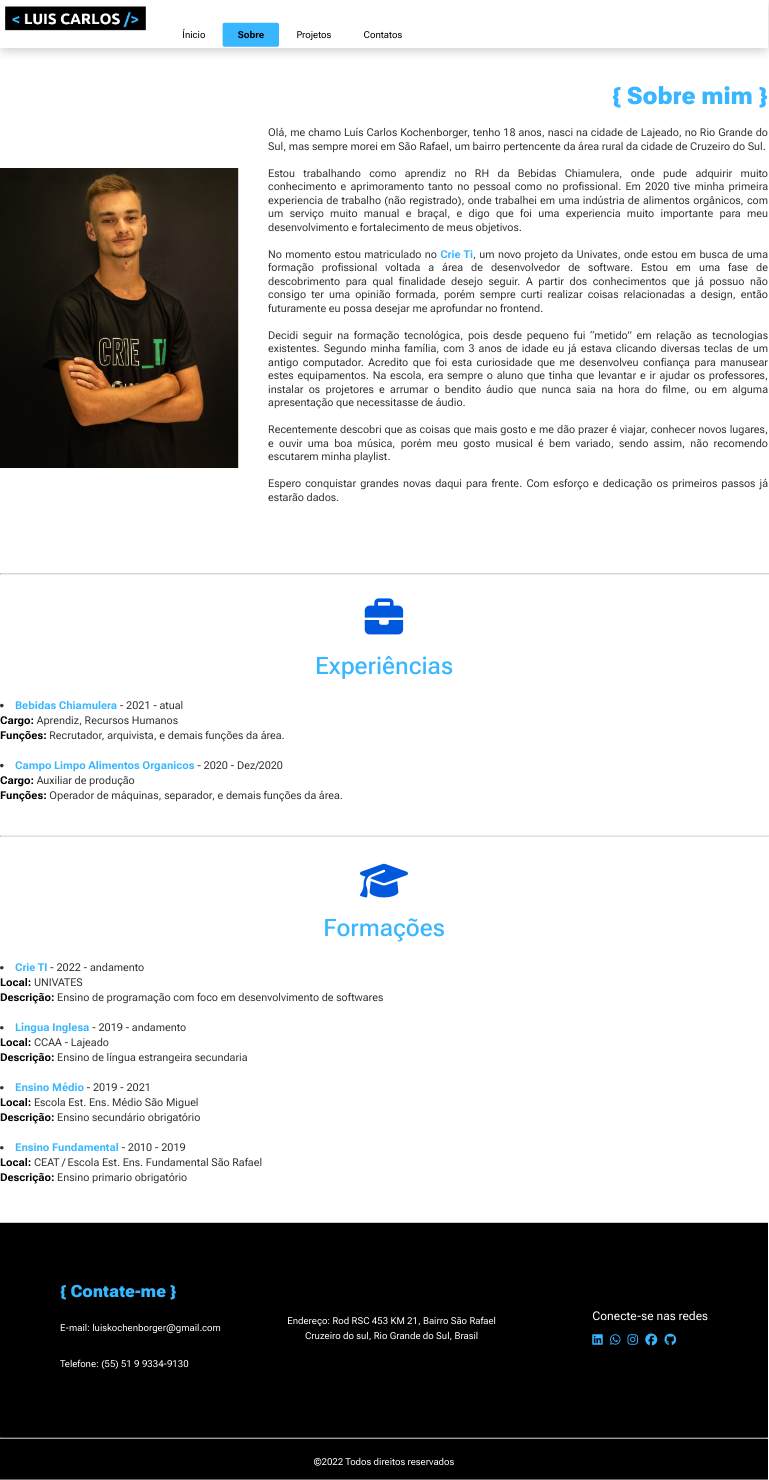
Repository: Iluiscarlos/SitePortifolio
Page: about.html
These files come from the project's save history. The page is drawn as it stood at one moment and after the next save; the edit follows.
The browser window is 1280 px wide. The page is 1282 px wide, then 1280 px, so the pictures cover 1282 px, including what lies to the right of the window. The pictures show the whole page, at 60% of full size.
Some web libraries are served in a nearby version.

Above is the page before, as saved 2022-05-25 17:03:24.

### about.html
<!DOCTYPE html>
<html lang="pt-BR">

<head>
    <meta charset="UTF-8">
    <meta name="viewport" content="width=device-width, initial-scale=1.0">
    <meta http-equiv="X-UA-Compatible" content="ie=edge">
    <title>Luís Carlos</title>
    <link rel="stylesheet" href="Styles/base/reset.css">
    <link rel="stylesheet" href="Styles/base/variables.css">
    <link rel="stylesheet" href="Styles/base/base.css">
    <link rel="stylesheet" href="Styles/layout/header.css">
    <link rel="stylesheet" href="Styles/layout/about.css">
    <link rel="stylesheet" href="Styles/layout/footer.css">
    <link rel="stylesheet" href="Styles/components/icon.css">
    <script src="https://kit.fontawesome.com/2c48374459.js" crossorigin="anonymous"></script>
    <link rel="preconnect" href="https://fonts.googleapis.com">
    <link rel="preconnect" href="https://fonts.gstatic.com" crossorigin>
    <link
        href="https://fonts.googleapis.com/css2?family=Roboto+Flex:opsz,wght@8..144,100;8..144,200;8..144,300;8..144,400;8..144,500;8..144,600;8..144,700;8..144,800;8..144,900&display=swap"
        rel="stylesheet">
</head>

<body>
    <header class="header">
        <img src="icons/logo.png" class="header__logo">
        <nav class="menu__item">
            <a href="index.html" class="menu__item">Ínicio</a>
            <a href="about.html" target="_self" class=" menu__item menu__item--active">Sobre</a>
            <a href="projects.html" class="menu__item">Projetos</a>
            <a href="contacts.html" class="menu__item">Contatos</a>
        </nav>
    </header>
    <section class="about">
        <img src="photos/About.jpg" alt="Luís Carlos, CrieTI" class="about__photo">
        <main class="container">
            <div>
                <h1 class="about__tittle">{ Sobre mim }</h1>
                <div class="about__content">
                    <p>Olá, me chamo Luís Carlos Kochenborger, tenho 18 anos, nasci na cidade de Lajeado, no Rio Grande
                        do
                        Sul, mas sempre morei em São Rafael, um bairro pertencente da área rural da cidade de Cruzeiro
                        do
                        Sul.</p><br>
                    <p>Estou trabalhando como aprendiz no RH da Bebidas Chiamulera, onde pude adquirir muito
                        conhecimento e
                        aprimoramento tanto no pessoal como no profissional. Em 2020 tive minha primeira experiencia de
                        trabalho (não registrado), onde trabalhei em uma indústria de alimentos orgânicos, com um
                        serviço
                        muito manual e braçal, e digo que foi uma experiencia muito importante para meu desenvolvimento
                        e
                        fortalecimento de meus objetivos.</p><br>
                    <p>No momento estou matriculado no <a href="https://www.univates.br/crieti" target="_blank"><b
                                class="bold__blue">Crie
                                Ti</b></a>, um novo
                        projeto da Univates, onde estou em busca de uma formação profissional voltada a área de
                        desenvolvedor de software. Estou em uma fase de descobrimento para qual finalidade desejo
                        seguir. A
                        partir dos conhecimentos que já possuo não consigo ter uma opinião formada, porém sempre curti
                        realizar coisas relacionadas a design, então futuramente eu possa desejar me aprofundar no
                        frontend.
                    </p><br>
                    <p>Decidi seguir na formação tecnológica, pois desde pequeno fui “metido” em relação as tecnologias
                        existentes. Segundo minha família, com 3 anos de idade eu já estava clicando diversas teclas de
                        um
                        antigo computador. Acredito que foi esta curiosidade que me desenvolveu confiança para manusear
                        estes equipamentos. Na escola, era sempre o aluno que tinha que levantar e ir ajudar os
                        professores,
                        instalar os projetores e arrumar o bendito áudio que nunca saia na hora do filme, ou em alguma
                        apresentação que necessitasse de áudio.</p><br>
                    <p>Recentemente descobri que as coisas que mais gosto e me dão prazer é viajar, conhecer novos
                        lugares,
                        e ouvir uma boa música, porém meu gosto musical é bem variado, sendo assim, não recomendo
                        escutarem
                        minha playlist.</p><br>
                    <p>Espero conquistar grandes novas daqui para frente. Com esforço e dedicação os primeiros passos já
                        estarão dados.</p>
                </div>
            </div>
    </section>
    <br>
    <br>
    <br>
    <hr class="divisor">
    <br>
    <br>
    <section class="experience">
        <div class="icon__large">
            <i class="fa-solid fa-briefcase"></i>
        </div>
        <h1 class="subtitle">Experiências</h1>
        <br>
        <br>
        <div class="experience__list">
            <li><b class="bold__blue">Bebidas Chiamulera</b> - 2021 - atual<br>
                <b class="bold__black">Cargo:</b> Aprendiz, Recursos Humanos<br>
                <b class="bold__black">Funções:</b> Recrutador, arquivista, e demais funções da área.
            </li>
            <br>
            <li><b class="bold__blue">Campo Limpo Alimentos Organicos</b> - 2020 - Dez/2020<br>
                <b class="bold__black">Cargo:</b> Auxiliar de produção<br>
                <b class="bold__black">Funções:</b> Operador de máquinas, separador, e demais funções da área.
            </li>
        </div>
        <br>
        <br>
        <br>
        <hr class="divisor">
        <br>
        <br>
        <div class="icon__large">
            <i class="fa-solid fa-graduation-cap"></i>
        </div>
        <h1 class="subtitle">Formações</h1>
        <br>
        <br>
        <div class="experience__edu">
            <li><b class="bold__blue">Crie TI</b> - 2022 - andamento<br>
                <b class="bold__black">Local:</b> UNIVATES<br>
                <b class="bold__black">Descrição:</b> Ensino de programação com foco em desenvolvimento de softwares
            </li>
            <br>
            <li><b class="bold__blue">Língua Inglesa</b> - 2019 - andamento<br>
                <b class="bold__black">Local:</b> CCAA - Lajeado<br>
                <b class="bold__black">Descrição:</b> Ensino de língua estrangeira secundaria
            </li>
            <br>
            <li><b class="bold__blue">Ensino Médio</b> - 2019 - 2021<br>
                <b class="bold__black">Local:</b> Escola Est. Ens. Médio São Miguel<br>
                <b class="bold__black">Descrição:</b> Ensino secundário obrigatório
            </li>
            <br>
            <li><b class="bold__blue">Ensino Fundamental</b> - 2010 - 2019<br>
                <b class="bold__black">Local:</b> CEAT / Escola Est. Ens. Fundamental São Rafael<br>
                <b class="bold__black">Descrição:</b> Ensino primario obrigatório
            </li>
        </div>
    </section>
    <br>
    <br>
    <br>
    <br>
    </main>
    <footer>
        <section class="andress">
            <div class="andress__contacts">
                <h1 class="andress__contacts-tittle">{ Contate-me }</h1>
                <a class="contacts" href="mailto:luiskochenborger@gmail.com">E-mail: luiskochenborger@gmail.com</a>
                <a class="contacts" href="tel:+55051993349130">Telefone: (55) 51 9 9334-9130</a>
            </div>
            <address class="andress__add">
                Endereço: Rod RSC 453 KM 21, Bairro São Rafael<br>
                Cruzeiro do sul, Rio Grande do Sul, Brasil
            </address>
            <div class="andress__rede">
                <h1 id="andress__rede">Conecte-se nas redes</h1>
                <br>
                <a class="icon__small" href="https://www.linkedin.com/in/luis-carlos-kochenborger" target="_blank"><i
                        class="fa-brands fa-linkedin"></i></a>
                <a class="icon__small" href="https://api.whatsapp.com/send?phone=5551993349130&text=Contate-me"
                    target="_blank"><i class="fa-brands fa-whatsapp"></i></a>
                <a class="icon__small" href="https://www.instagram.com/iluis.kochenborger/" target="_blank"><i
                        class="fa-brands fa-instagram"></i></a>
                <a class="icon__small" href="https://www.facebook.com/luiscarlos.kochenborger/" target="_blank"><i
                        class="fa-brands fa-facebook"></i></a>
                <a class="icon__small" href="https://github.com/Iluiscarlos" target="_blank"><i
                        class="fa-brands fa-github"></i></a>
            </div>
        </section>
        <hr>
        <span class="footer__copy">
            &copy;2022 Todos direitos reservados
        </span>
    </footer>

</html>
</body>

</html>

### Styles/base/variables.css
:root{
    --color-red: #F41B3B;
    --color-green: #1EBC99;
    --color-blue: #38b6ff;
    --color-blue1: #0058dd;
    --color-purple:#6b009d;
    --color-yellow: #F9CC0D;
    --color-white: #ffffff;
    --color-black: #000000;
    --color-black1: #333;
    --color-darken-gray: #363536;
    --color-light-gray: #807E81;
    --color-gray: #4f4e50;
    --color-fa: #fafafa;
    --color-ea: #eaeaea;
    --color-cece: #cecece;

--font-family-Roboto:"Roboto Flex", 'Sans serif';
--font-size-default: 16px;
--border-radius-default:3px;

--font-family-primary: var(--font-family-Roboto);
}

### Styles/base/base.css
body {
    font-family: var(--font-family-primary);
    font-size: var(--font-size-default);
    background-color:  var(--color-white);
    color: var(--color-black1);
}


.divisor{
    size: 1;
    width: 100%;
}

.container {
    width: 1100px;
    max-width: 100%;
    margin-left: auto;
    margin-right: auto;
    margin-bottom: 60px;
  }

### Styles/layout/header.css
.header{
    position: fixed;
    height: 80px;
    font-size: 16px;
    background-color: var(--color-white);
    box-shadow: 0 5px 1em #cecece;
    top: 0;
    left: 0;
    right: 0;
}

.header .container{
    display: flex;
    align-items: center;
    height: 100%;
}
.menu__item{
    display: inline-block;
    padding: 0 25px 0;
    text-decoration: none;
    /*border-right: 2px solid var(--color-blue);*/
    color: var(--color-black);
    margin-left: auto;
}

.menu__item--active{
    color: var(--color-black);
    display: inline-block;
    text-align: center;
    font-weight: bold;
    line-height: 40px;
    border-radius: 3px;
    background: var(--color-blue);
}

/*.menu__item:last-child{
    border-right: none;
}*/

.header__logo{
    width: 250px;
}


@media only screen and (max-width: 480px){
    .header{
    display: block;
    position: fixed;
    top: 60px;
    left: 0;
    right: 0;
    bottom: 0;
    background-color: pink;
    transform: translateX(-100%);

}


    .header__menu::-webkit-scrollbar{
        width: 0;
        height: 0;
    }

    .menu__item{
        display: block;
        margin: 20px 0;
    }

}

### Styles/layout/about.css
.about{
    display: flex;
}

.about__photo{
    width: 400px;
    height: 500px;
    padding-top: 280px;
    padding-right: 50px;
    vertical-align: middle;
    object-fit: cover;
}


.about__tittle{
    color: var(--color-blue);
    font-size: 40px;
    font-weight:900;
    padding-top: 140px;
    text-align: end;
}


.about__content{
    font-family: var(--font-family-primary);
    font-size: 18px;
    padding-top: 30px;
    text-align: justify;
    line-height: 1.25;
}


a{
    text-decoration: none;
}

.bold__blue{
    font-weight: bold;
    color: var(--color-blue);
}

.bold__black{
    font-weight: bold;
    color: var(--color-black);
}


.experience{
    display: flex;
    flex-direction: column;
}

.subtitle{
    color: var(--color-blue);
    font-size: 40px;
    font-weight:500;
    padding-top: 25px;
    text-align: center;
    vertical-align:top;
}

.experience__list{
    text-align: justify;
    font-size: 18px;
    font-weight: 400;
    line-height: 25px;
}

.experience__edu{
    text-align: justify;
    font-size: 18px;
    font-weight: 400;
    line-height: 25px;
}

### Styles/layout/footer.css
footer{
display: block;
background-color: var(--color-black);
}

.andress {
    display: flex;
    height: 350px;
    color: var(--color-white);
    align-items: center;
    justify-content: space-between;
    padding-left: 100px;
}


.andress__contacts{
    display: block;
    font-size: var(--font-size-default);
    line-height: 60px;
}

.andress__contacts-tittle{
    color: var(--color-blue);
    font-size: 28px;
    font-weight: 900;

}


.contacts{
    display: block;
    text-decoration: none;
    color: var(--color-white);
}

.andress__rede{
    display: block;
    font-size: 20px;
    padding-left: 150px;
    padding-right: 100px;
}

.andress__add{
    line-height: 25px;
    padding-left: 100px;
    text-align:center;
}


.footer__copy{
    display: flex;
    height: 60px;
    font-size: var(--font-size-default);
    color: var(--color-white);
    text-align: center;
    justify-content:center;
    align-items: center;
}

### Styles/components/icon.css
.icon__large{
    font-size: 4em;
    color: var(--color-blue1);
    text-align: center;
}

.icon__large:last-child{
    text-align: end;
}

.social .icon__large{
    color: var(--color-white);
}

.icon__medium{
    text-decoration: none;
    font-size: 2em;
    color: var(--color-white);
    letter-spacing: 15px;
}

.icon__small{
    text-decoration: none;
    text-align: end;
    font-size: 1em;
    color: var(--color-blue);
    letter-spacing: 7px;
}

.icon__small i:hover{
    transform: translateX(1px) rotate(10deg) translateY(0.3px) scale(1.2);
    transition-duration: 1000ms;
}

.icon__medium i:hover{
    transform: translateX(1px) rotate(10deg) translateY(0.3px) scale(1.2);
    transition-duration: 1000ms;
}

Loaded but not shown: Styles/base/reset.css (common file)

After the next save:
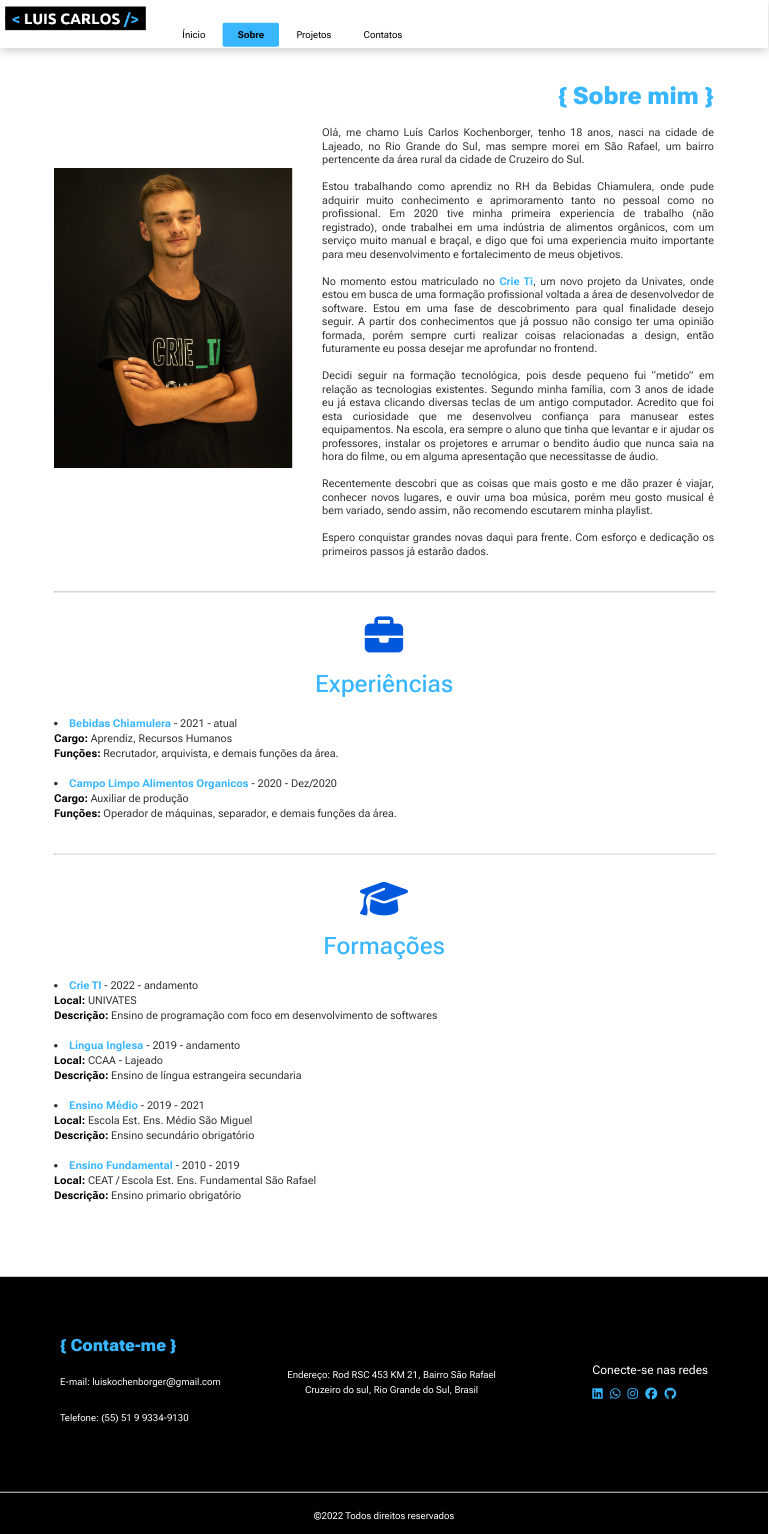
Saved 19 s later.
--- a/about.html
+++ b/about.html
@@ -31,9 +31,9 @@
             <a href="contacts.html" class="menu__item">Contatos</a>
         </nav>
     </header>
+    <main class="container">
     <section class="about">
         <img src="photos/About.jpg" alt="Luís Carlos, CrieTI" class="about__photo">
-        <main class="container">
             <div>
                 <h1 class="about__tittle">{ Sobre mim }</h1>
                 <div class="about__content">
